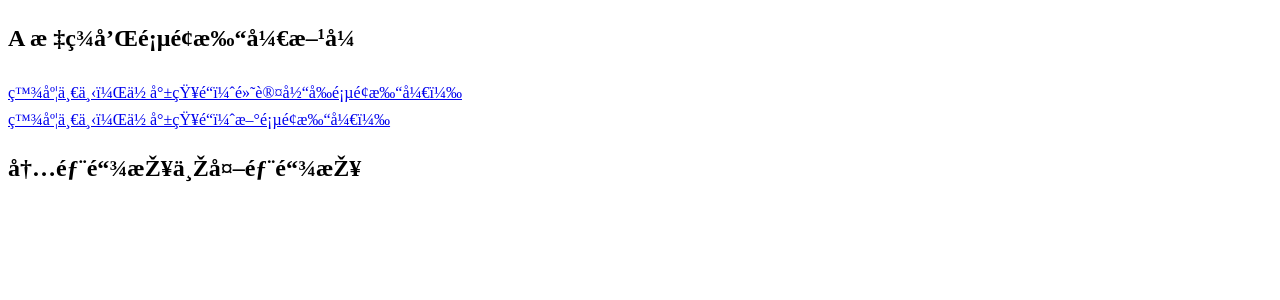
Repository: liang-n/front-end-basics
Page: 08-超链接.html
An editor plug-in stored every save of this project. The page is shown before and after a run of saves, followed by the edit.
The browser window is 1280 px wide. The pictures show the whole page.

Above is the page before, as saved 2022-05-15 13:05:50.

After the next 4 saves:
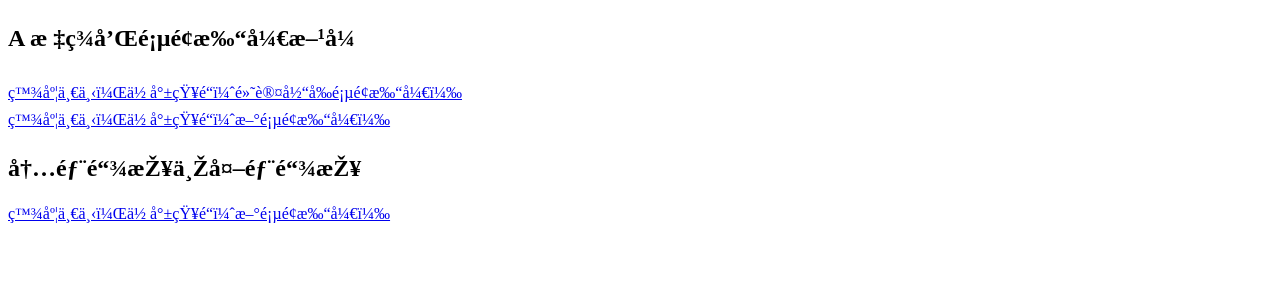
The 4 saves are shown as one change because they came seconds apart.
The last was saved 11 s later.
--- a/08-超链接.html
+++ b/08-超链接.html
@@ -12,7 +12,7 @@
     <br/>
     <a href="https://www.baidu.coom/" target="_blank">百度一下，你就知道（新页面打开）</a>
     <h2>内部链接与外部链接</h2>
-    <a href="http://www."></a>
+    <a href="http://www.baidu.com/">百度一下，你就知道（新页面打开）</a>
 </body>
 
 </html>
